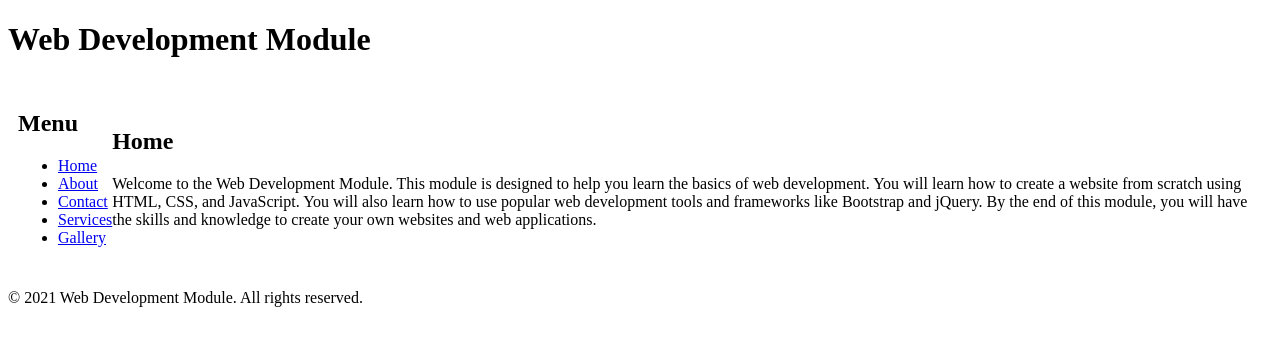
Repository: Haakim19/WebDevelopment
Page: Main.html
An editor plug-in stored every save of this project. The page is shown before and after the next save, followed by the edit.
The browser window is 1280 px wide. The pictures show the whole page.

Above is the page before, as saved 2024-10-02 14:28:14.

After the next save:
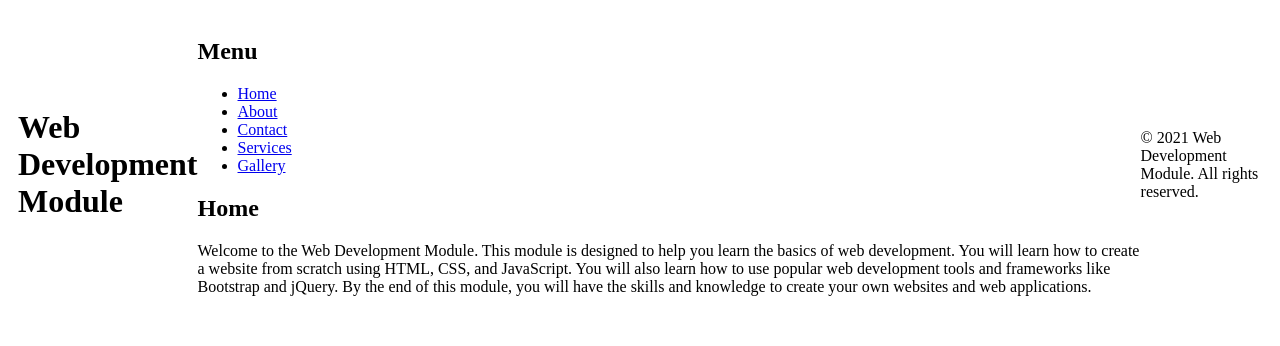
Saved 53 s later.
--- a/Main.css
+++ b/Main.css
@@ -2,7 +2,7 @@
     background-color:lightblue;
     font-family: Arial,monospace;
 }
-.dashbord-body{
+.dashbord{
     display: flex;
     justify-content: center;
     align-items: center;

After the save that followed:
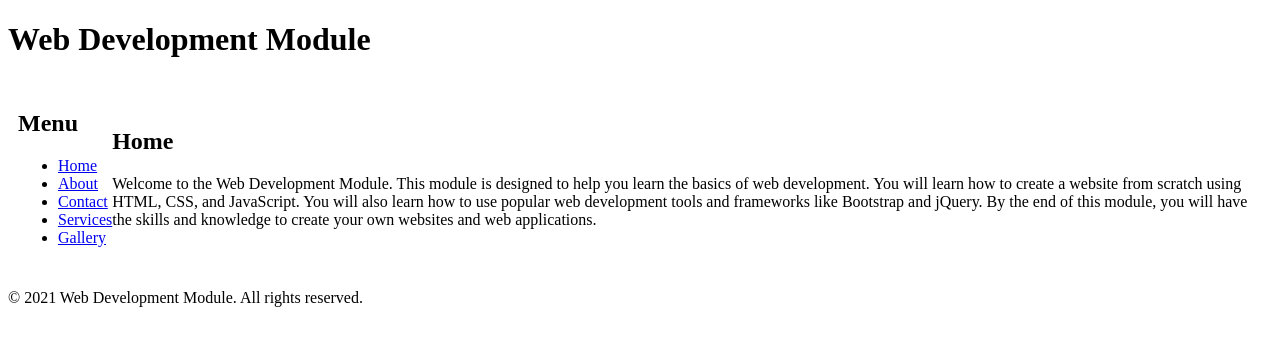
Saved 9 s later.
--- a/Main.css
+++ b/Main.css
@@ -2,7 +2,7 @@
     background-color:lightblue;
     font-family: Arial,monospace;
 }
-.dashbord{
+.dashbord-body{
     display: flex;
     justify-content: center;
     align-items: center;
